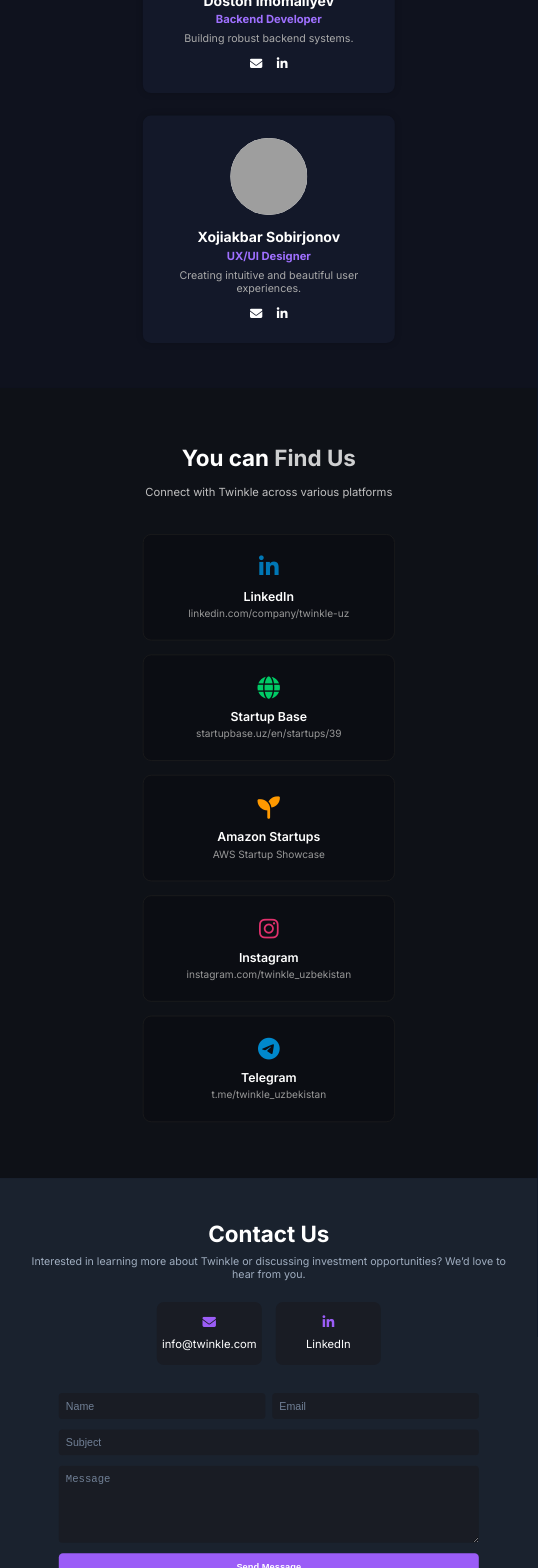
Repository: techboy-33/Twinkle-web
Page: index.html
The author's editor kept a copy of each file at every save. The page is drawn from the files as they stood at one save, then again after the next save.
The browser window is 768 px wide. The pictures show the part of the page from y = 4260 to 6500 px (the page is 6624 px tall before and 6702 px after), at 70% of full size.
Pictures or frames that could not be fetched are drawn as grey boxes.

Above is the page before, as saved 2025-05-15 11:17:10.

After the next save:
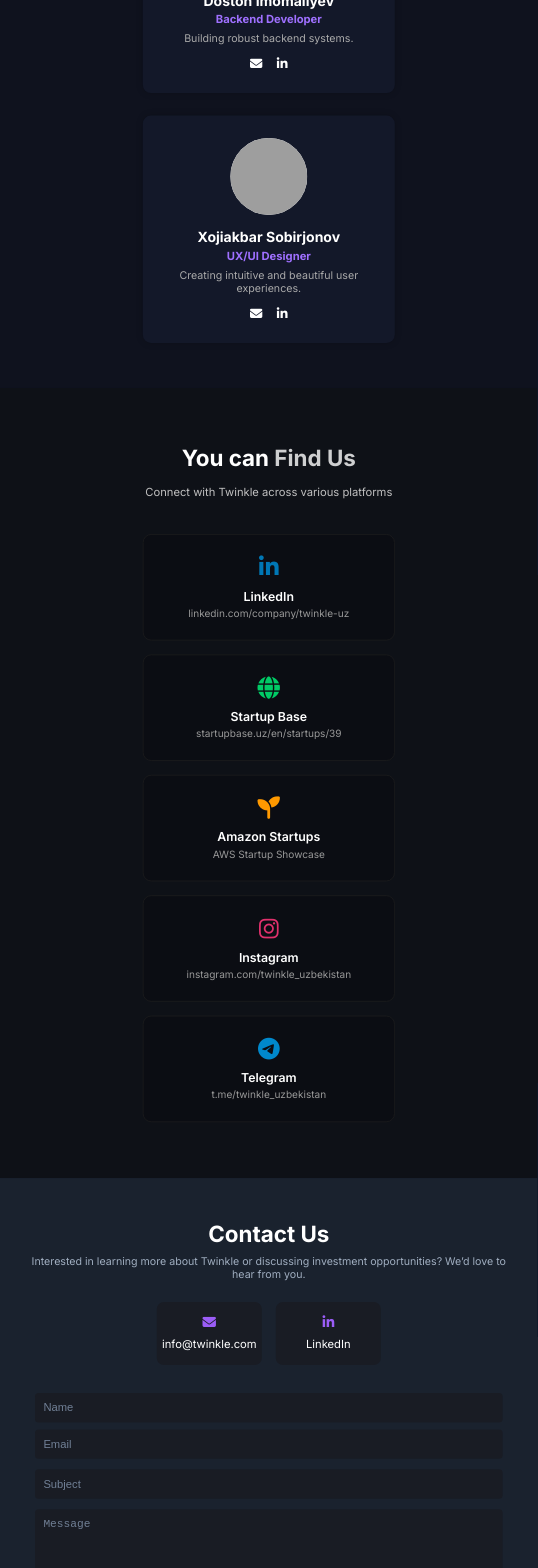
Saved 5 min 47 s later.
--- a/responsive.css
+++ b/responsive.css
@@ -183,7 +183,33 @@
     .find-us-title {
         margin-bottom: 20px;
     }
+
     .find-us-grid {
         justify-content: center;
     }
+
+    /*  */
+    .contact-form {
+        width: 100%;
+        padding: 0 16px;
+        /* Thêm padding cho viền màn hình */
+    }
+
+    /* Contact */
+    .form-row {
+        flex-direction: column;
+        gap: 10px;
+    }
+
+    .contact-form input,
+    .contact-form textarea {
+        font-size: 1rem;
+        padding: 12px;
+    }
+
+    .send-btn {
+        width: 100%;
+        font-size: 1rem;
+        padding: 14px;
+    }
 }
